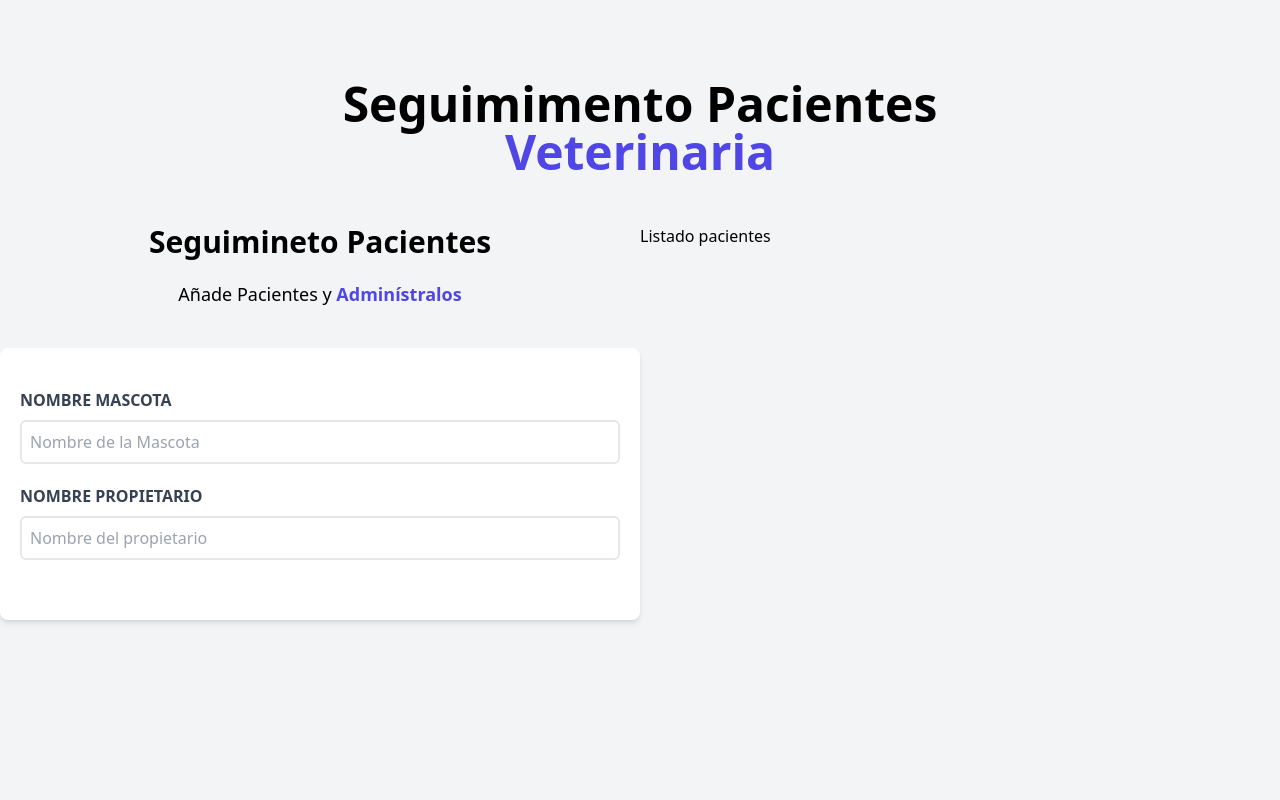
Repository: rlaureano/citas_react
Page: /
An editor plug-in stored every save of this project. The page is shown before and after the next save, followed by the edit.
The browser window is 1280 px wide. The pictures show the whole page.
The project was rebuilt for these pictures with package versions that can differ from the ones it lists, and the page was loaded fresh each time. Also part of the build but not shown: vite.config.js.

Above is the page before, as saved 2022-01-11 23:03:05.

### src/App.jsx
import Formulario from "./components/Formulario"
import Header from "./components/Header"
import ListadoPacientes from "./components/ListadoPacientes"

function App() {

  return (
    <div className="container mx-auto mt-20">
      <Header  />
      <div className="mt-12 md:flex">
        <Formulario  />
        <ListadoPacientes />
      </div>
    </div>
  )
}

export default App

### src/components/Formulario.jsx
import React from 'react'

const Formulario = () => {
  return (
    <div className="md:w-1/2 lg:w2/5">

      <h2 className="font-black text-3xl text-center">Seguimineto Pacientes</h2>

      <p className="text-lg mt-5 text-center mb-10">
        Añade Pacientes y {''}
        <span className="text-indigo-600 font-bold text-lg">Adminístralos</span>
      </p>

      <form action="" className="bg-white shadow-md rounded-lg py-10 px-5">
        <div className="mb-5">
          <label htmlFor="mascota" className="block text-gray-700 uppercase font-bold">Nombre Mascota</label>
          <input
            id='mascota'
            type="text"
            placeholder="Nombre de la Mascota"
            className="border-2 w-full p-2 mt-2 placeholder-gray-400 rounded-md"
          />
        </div>

        <div className="mb-5">
          <label htmlFor="propietario" className="block text-gray-700 uppercase font-bold">Nombre Propietario</label>
          <input
            id='propietario'
            type="text"
            placeholder="Nombre del propietario"
            className="border-2 w-full p-2 mt-2 placeholder-gray-400 rounded-md"
          />
        </div>
      </form>

    </div>
  )
}

export default Formulario

### src/components/Header.jsx
function Header() {
  return (

      <h1 className="font-black text-5xl text-center md:w-2/3 mx-auto">Seguimimento Pacientes {''}
        <span className="text-indigo-600">Veterinaria</span>
      </h1>

  )
}

export default Header

### src/components/ListadoPacientes.jsx
import React from 'react'

const ListadoPacientes = () => {
  return (
    <div className="w-1/2 ld:w-3/5">
      <h2>Listado pacientes</h2>
    </div>
  )
}

export default ListadoPacientes

### tailwind.config.js
module.exports = {
  purge: ["./index.html", "./src/**/*.{jsx}"],
  content: [],
  theme: {
    extend: {},
  },
  plugins: [],
}

Loaded but not shown: index.html (common file); src/main.jsx (common file); src/index.css (common file)

After the next save:
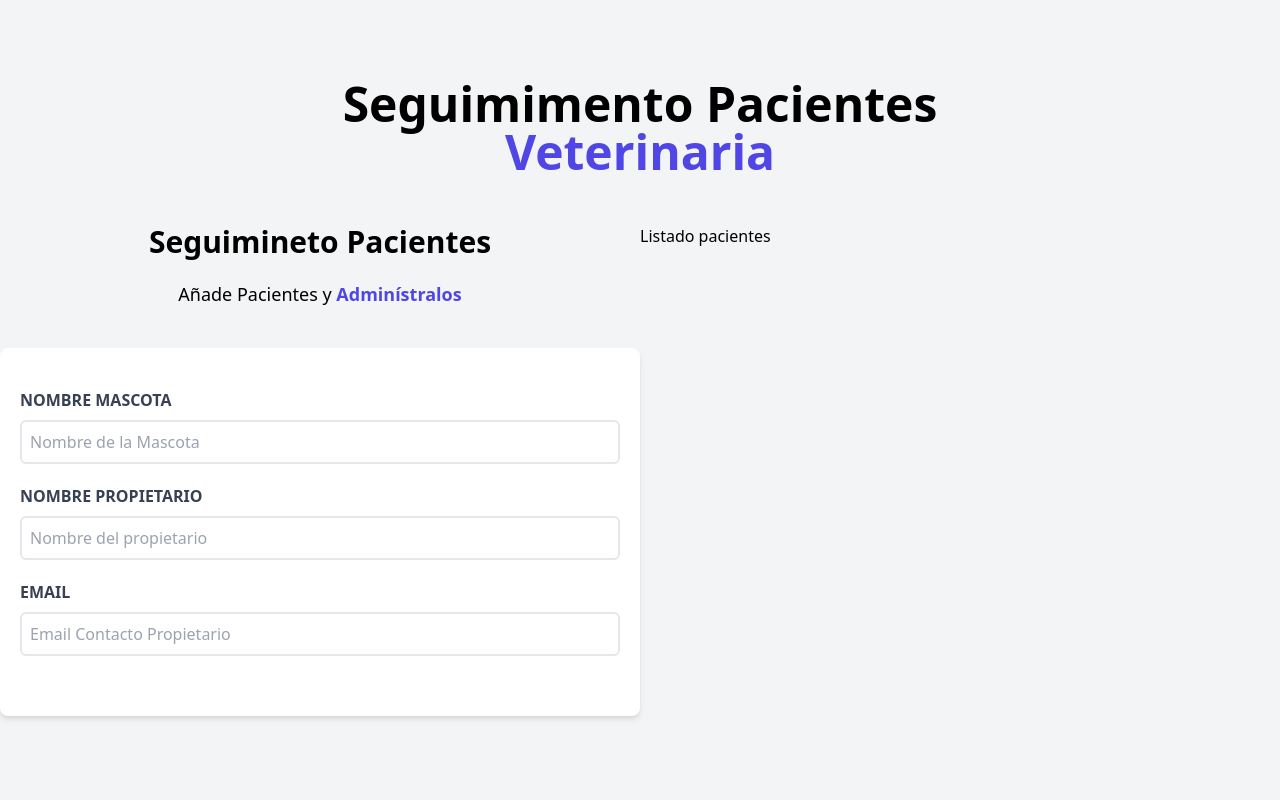
Saved 64 s later.
--- a/src/components/Formulario.jsx
+++ b/src/components/Formulario.jsx
@@ -31,6 +31,16 @@ const Formulario = () => {
             className="border-2 w-full p-2 mt-2 placeholder-gray-400 rounded-md"
           />
         </div>
+
+        <div className="mb-5">
+          <label htmlFor="email" className="block text-gray-700 uppercase font-bold">Email</label>
+          <input
+            id='email'
+            type="email"
+            placeholder="Email Contacto Propietario"
+            className="border-2 w-full p-2 mt-2 placeholder-gray-400 rounded-md"
+          />
+        </div>
       </form>
 
     </div>
